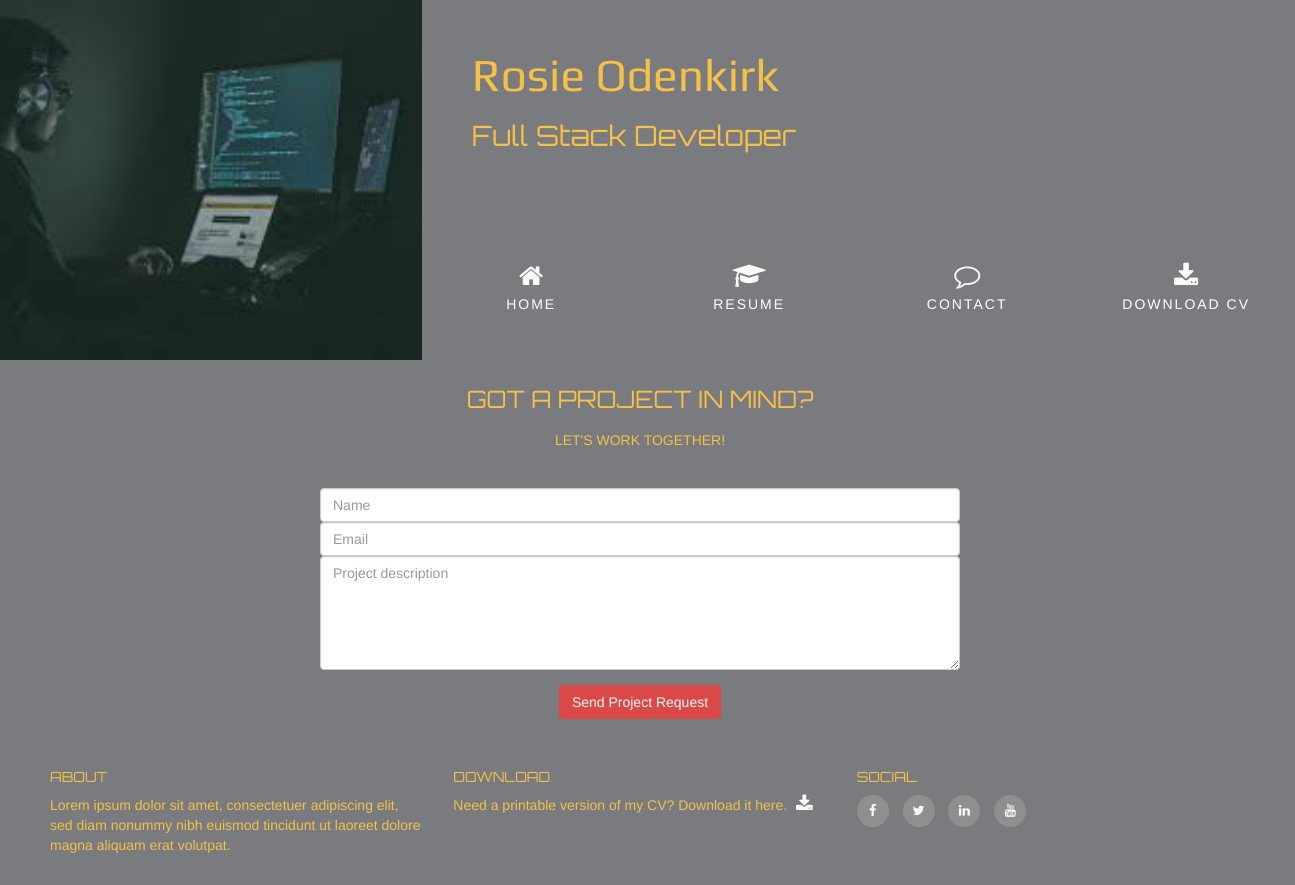
Repository: BoryanaRakova/Resume-
Page: contact.html
The author's editor kept a record of every edit. The page is drawn from the files as they stood at one moment, then again after the next edit.
The browser window is 1280 px wide. The page is 1295 px wide, so the pictures cover 1295 px, including what lies to the right of the window. The pictures show the whole page.

Above is the page before.

After the next edit:
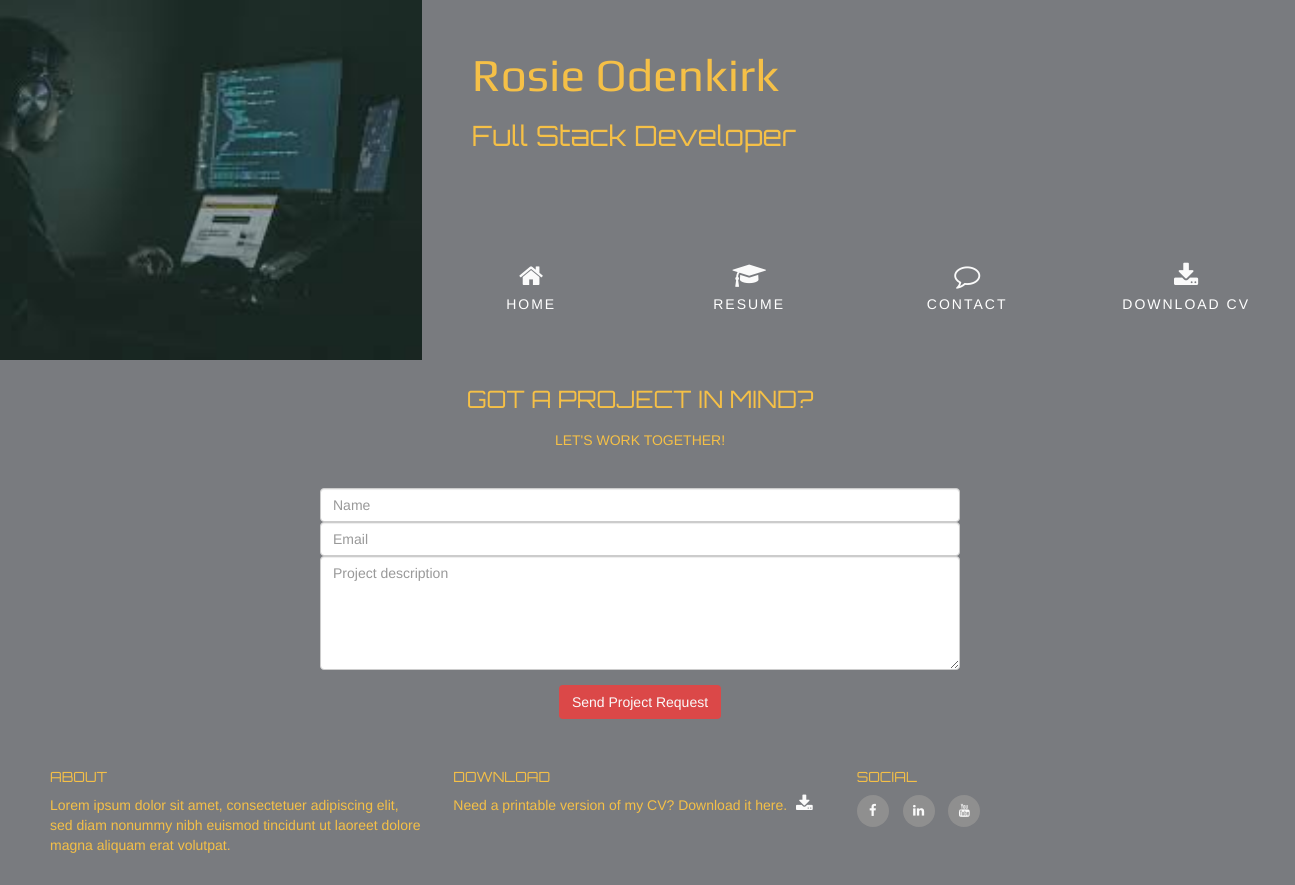
The edit:
--- a/contact.html
+++ b/contact.html
@@ -91,11 +91,7 @@
                             <span class="sr-only">Facebook</span>
                         </a>
                     </li>
-                    <li class="list-inline-item">
-                        <a target="_blank" href="#">
-                            <i class="fa fa-twitter" aria-hidden="true"></i>
-                            <span class="sr-only">Twitter</span>
-                        </a>
+
                     </li>
                     <li class="list-inline-item">
                         <a target="_blank" href="https://www.linkedin.com/in/boryana-rakova-918ab312b">
